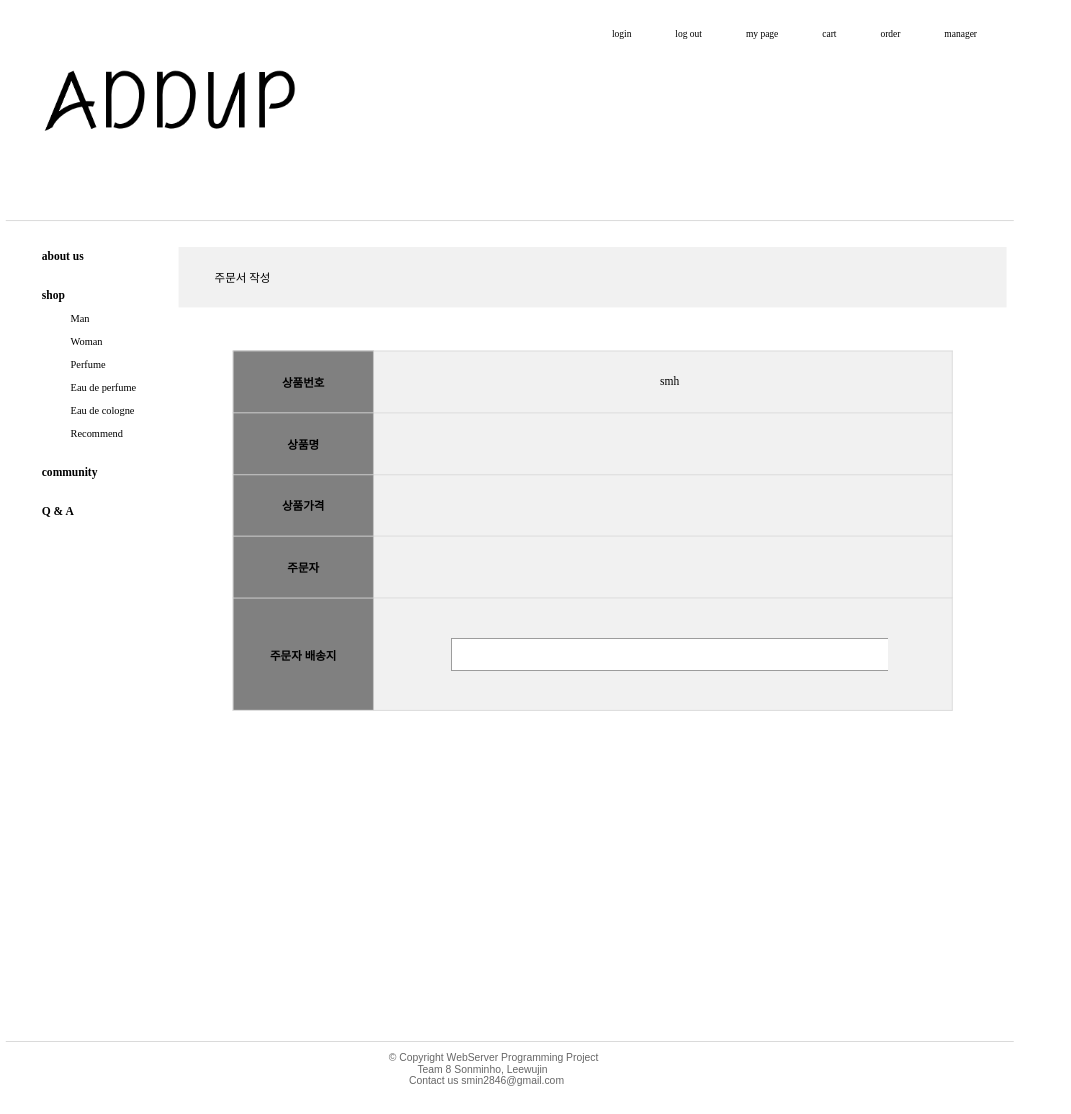
Repository: sonminho/aos
Page: http://localhost/addup_perfume/user_order.jsp
The author's editor kept a copy of each file at every save. The page is drawn from the files as they stood at one save, then again after the next save.
The browser window is 1280 px wide. The page is 1488 px wide, so the pictures cover 1488 px, including what lies to the right of the window. The pictures show the whole page, at 72% of full size.
The page is served by Tomcat 9.

Above is the page before, as saved 2017-12-07 19:21:48.

After the next save:
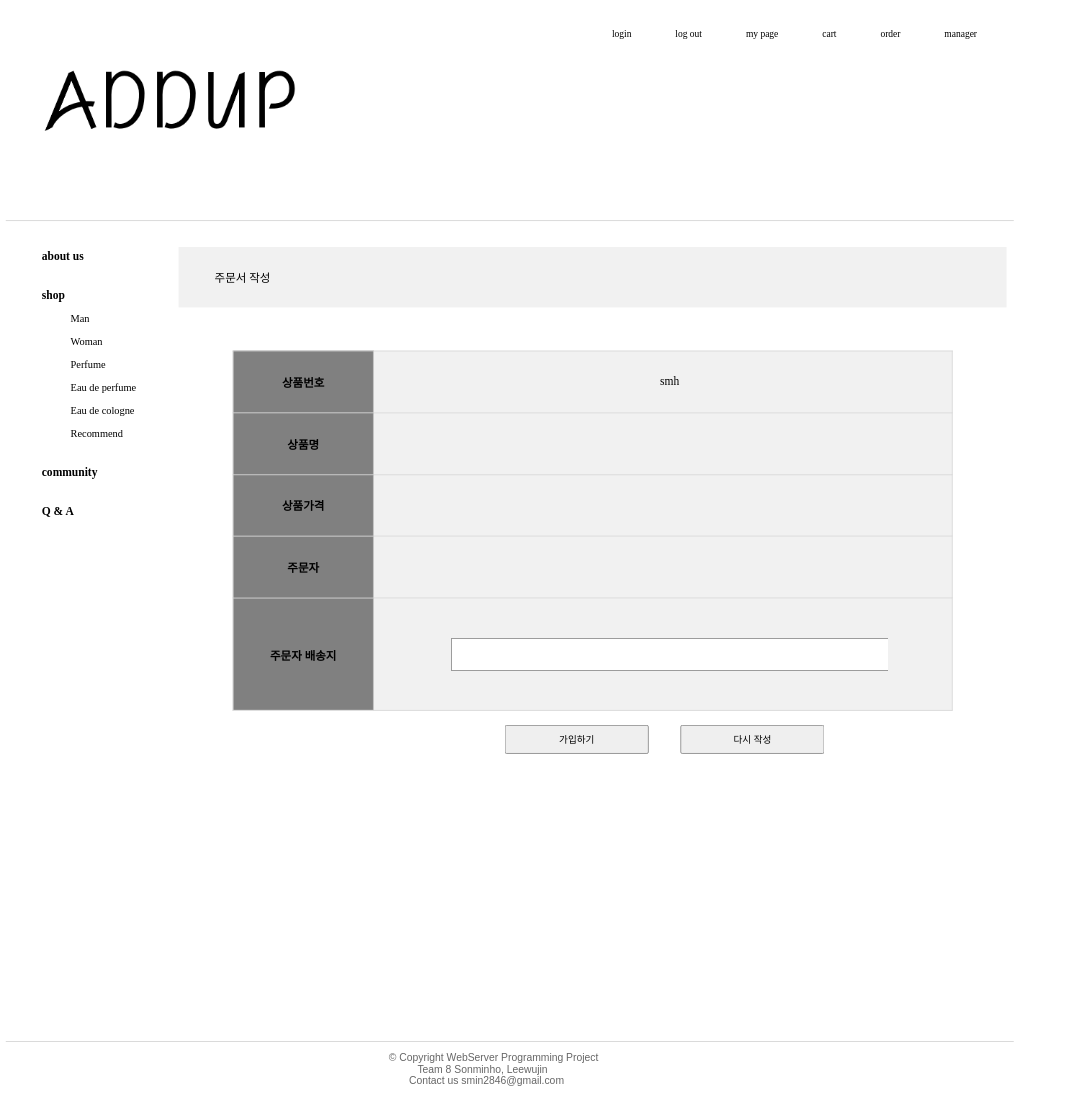
Saved 59 s later.
--- a/Webserver/addup_perfume/WebContent/user_order.jsp
+++ b/Webserver/addup_perfume/WebContent/user_order.jsp
@@ -208,6 +208,7 @@ body > #wrap{
 				<li>주문서 작성</li>
 			</ul>
 			<div id="order">
+				<form>
 				<table id="order_table">
 					<tr>
 						<th style="width:150px;">상품번호</th><td style="width:600px;">smh</td>
@@ -225,6 +226,9 @@ body > #wrap{
 						<th>주문자 배송지</th><td><input type="text" style="width:600px; height:40px; font-size:20px"></td>
 					</tr>
 				</table>
+				<input type="submit" style="width:200px; height:40px; margin-top:20px; margin-left:200px" value="가입하기" onclick="return joinCheck()">
+				<input type="reset" style="width:200px; height:40px; margin-left:40px" value="다시 작성">
+				</form>
 			</div>
 		</div>
 	</div> <!-- container -->
